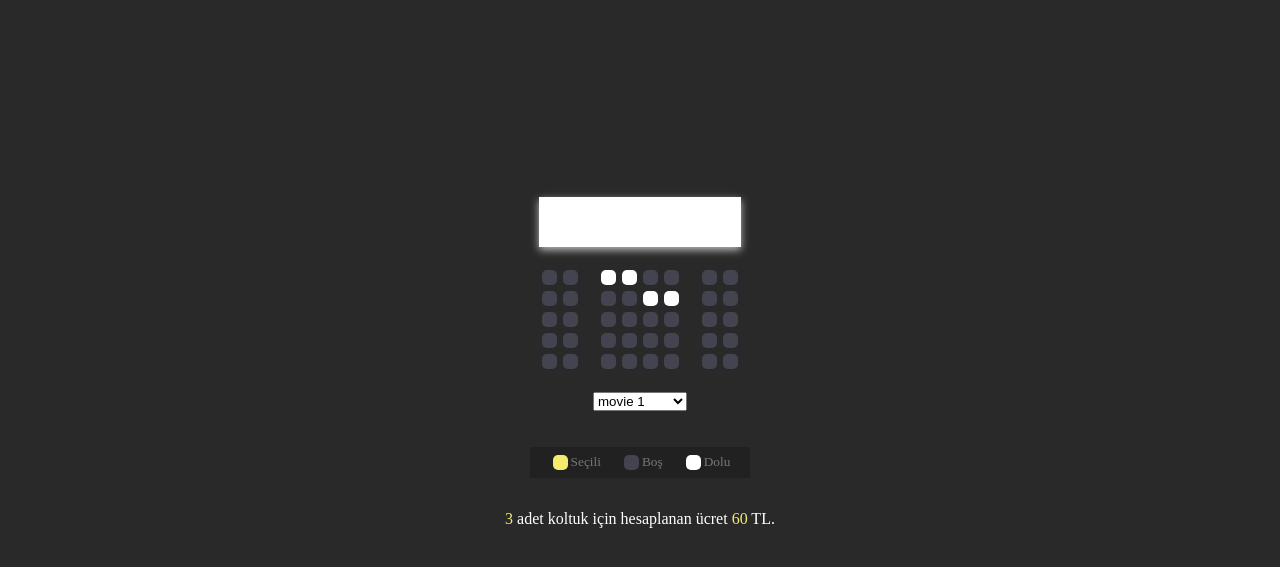
Repository: sevilgenysf/6-4
Page: index.html
These files come from the project's save history. The page is drawn as it stood at one moment and after the next save; the edit follows.
The browser window is 1280 px wide. The pictures show the whole page.

Above is the page before, as saved 2023-03-20 09:57:48.

### index.html
<!DOCTYPE html>
<html lang="en">
<head>
    <meta charset="UTF-8">
    <meta http-equiv="X-UA-Compatible" content="IE=edge">
    <meta name="viewport" content="width=device-width, initial-scale=1.0">
    <link rel="stylesheet" href="style.css">
    <title>Sinema Bilet Rezervasyon</title>
</head>
<body>


    <div class="container">
        <div class="screen"></div>
        <div class="row">
            <div class="seat"></div>
            <div class="seat"></div>
            <div class="seat reserved"></div>
            <div class="seat reserved"></div>
            <div class="seat"></div>
            <div class="seat"></div>
            <div class="seat"></div>
            <div class="seat"></div>
        </div>
        <div class="row">
            <div class="seat"></div>
            <div class="seat"></div>
            <div class="seat"></div>
            <div class="seat"></div>
            <div class="seat reserved"></div>
            <div class="seat reserved"></div>
            <div class="seat"></div>
            <div class="seat"></div>
        </div>
        <div class="row">
            <div class="seat"></div>
            <div class="seat"></div>
            <div class="seat"></div>
            <div class="seat"></div>
            <div class="seat"></div>
            <div class="seat"></div>
            <div class="seat"></div>
            <div class="seat"></div>
        </div>
        <div class="row">
            <div class="seat"></div>
            <div class="seat"></div>
            <div class="seat"></div>
            <div class="seat"></div>
            <div class="seat"></div>
            <div class="seat"></div>
            <div class="seat"></div>
            <div class="seat"></div>
        </div>
        <div class="row">
            <div class="seat"></div>
            <div class="seat"></div>
            <div class="seat"></div>
            <div class="seat"></div>
            <div class="seat"></div>
            <div class="seat"></div>
            <div class="seat"></div>
            <div class="seat"></div>
        </div>
    </div>

    <div class="movie-list">
        <select id="movie">
            <option disabled>Film Seçiniz</option>
            <option value="20">movie 1</option>
            <option value="22">movie 2</option>
            <option value="25">movie 3</option>
        </select>
    </div>

    <ul class="info">
        <li>
            <div class="seat selected"></div>
            <small>Seçili</small>
        </li>
        <li>
            <div class="seat"></div>
            <small>Boş</small>
        </li>
        <li>
            <div class="seat reserved"></div>
            <small>Dolu</small>
        </li>
    </ul>

    <p class="text">
        <span id="count">3</span> adet koltuk için hesaplanan ücret <span id="amount">60</span> TL.
    </p>



    <script src="script.js"></script>
</body>
</html>

### style.css
body {
    background-color: #292929;
    display: flex;
    flex-direction: column;
    align-items: center;
    justify-content: center;
    height: 100vh;
    margin: 0;
    color: #fff;
}

.seat {
    background-color: #444451;
    height: 15px;
    width: 15px;
    margin: 3px;
    border-radius: 5px;
}

.seat.selected {
    background-color: #f6eb6f;
}

.seat.reserved {
    background-color: #fff;
}

.seat:not(.reserved):hover {
    cursor: pointer;
    transform: scale(1.3);
}

.seat:nth-of-type(2) {
    margin-right: 20px;
}

.seat:nth-last-of-type(3) {
    margin-right: 20px;
}

.row {
    display: flex;
}

.screen {
    background-color: #fff;
    height: 50px;
    width: 100%;
    margin: 20px 0;
    box-shadow: 0 3px 8px rgba(255, 255, 255, 0.7);
}

.movie-list {
    margin: 20px 0;
}

.info {
    background-color: rgba(0, 0, 0, 0.2);
    padding: 5px 10px;
    color: #777;
    display: flex;
}

.info li {
    display: flex;
    align-items: center;
    justify-content: center;
    margin: 0 10px;
}

p.text span {
    color: #f6eb6f;
}

### script.js
const container = document.querySelector('.container');
const count = document.getElementById('count');
const amount = document.getElementById('amount');
const select = document.getElementById('movie');
const seats = document.querySelectorAll('.seat:not(.reserved)');

container.addEventListener('click', function (event) {
	if (
		event.target.classList.contains('seat') &&
		!event.target.classList.contains('reserved')
	) {
		event.target.classList.toggle('selected');

		calculateTotal();
	}
});

select.addEventListener('change', function (event) {
	calculateTotal();
});

function calculateTotal() {
	const selectedSeats = container.querySelectorAll('.seat.selected');

	const selectedSeatsArr = [];
	const seatsArr = [];

	selectedSeats.forEach(function (seat) {
		selectedSeatsArr.push(seat);
	});

	seats.forEach(function (seat) {
		seatsArr.push(seat);
	});

	let selectedSeatIndex = selectedSeatsArr.map(function (s) {
		return seatsArr.indexOf(s);
	});

	let selectedSeatCount = selectedSeats.length;

	// secilen koltuk sayisi
	count.innerText = selectedSeatCount;
	// secilen koltuk sayisi ve movienin içindeki valuenun carpimi
	amount.innerText = selectedSeatCount * select.value;

	saveToLocalStorage(selectedSeatIndex);
}

function saveToLocalStorage(index) {
	localStorage.setItem('selectedSeats', JSON.stringify(index));
	localStorage.setItem('SelectedMovieIndex', select.selectedIndex);
}

After the next save:
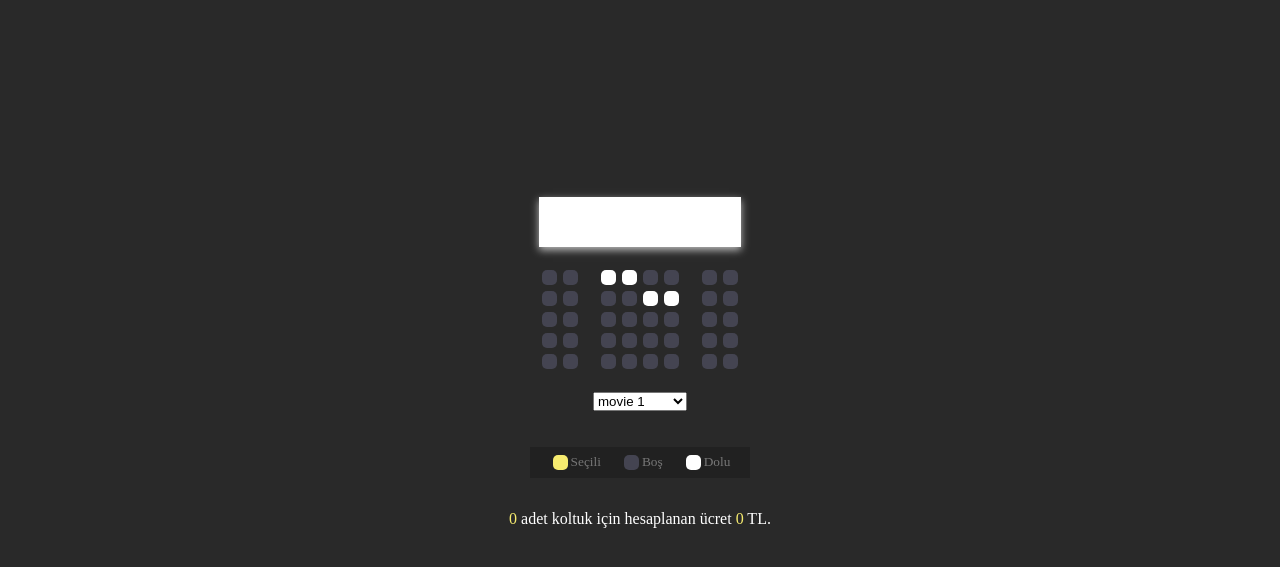
Saved 2 h 2 min later.
--- a/script.js
+++ b/script.js
@@ -3,6 +3,9 @@
 const amount = document.getElementById('amount');
 const select = document.getElementById('movie');
 const seats = document.querySelectorAll('.seat:not(.reserved)');
+
+getFromLocalStorage();
+calculateTotal();
 
 container.addEventListener('click', function (event) {
 	if (
@@ -47,6 +50,8 @@
 	saveToLocalStorage(selectedSeatIndex);
 }
 
+function getFromLocalStorage() {}
+
 function saveToLocalStorage(index) {
 	localStorage.setItem('selectedSeats', JSON.stringify(index));
 	localStorage.setItem('SelectedMovieIndex', select.selectedIndex);

After the save that followed:
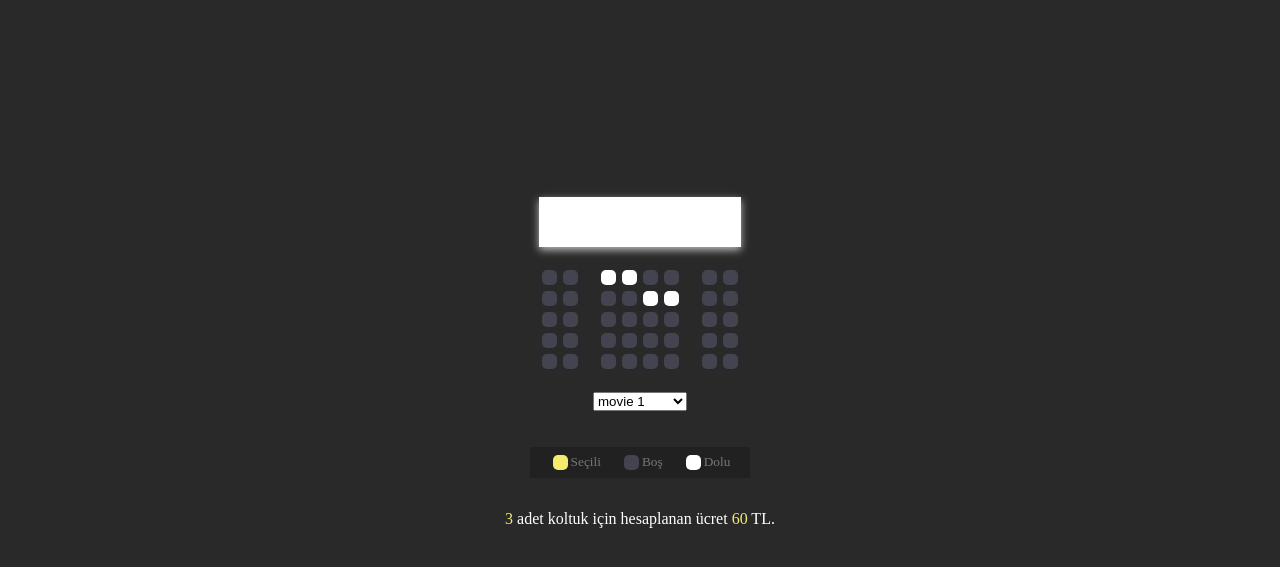
Console error: SyntaxError: Unexpected identifier 'selectedMovieIndex'
Saved 95 s later.
--- a/script.js
+++ b/script.js
@@ -50,7 +50,10 @@
 	saveToLocalStorage(selectedSeatIndex);
 }
 
-function getFromLocalStorage() {}
+function getFromLocalStorage() {
+	const selectedSeats = JSON.parse(localStorage.getItem("selectedSeats"));
+	CONST selectedMovieIndex = localStorage.getItem("selectedMovieIndex");
+}
 
 function saveToLocalStorage(index) {
 	localStorage.setItem('selectedSeats', JSON.stringify(index));
